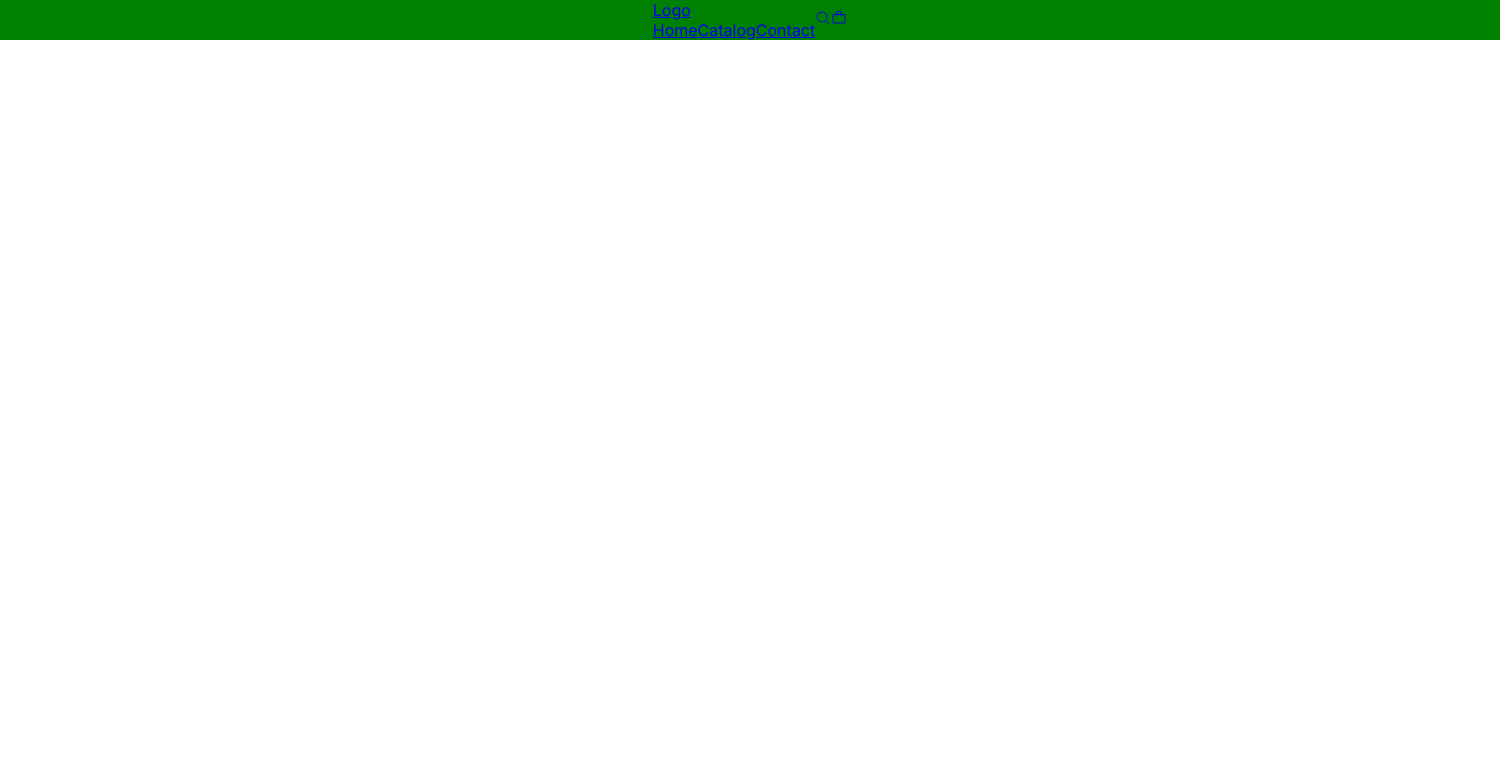
Repository: David-Waite/ecommercefrontendTemplate
Page: /
The author's editor kept a copy of each file at every save. The page is drawn from the files as they stood at one save, then again after the next save.
The browser window is 1280 px wide. The page is 1500 px wide, so the pictures cover 1500 px, including what lies to the right of the window. The pictures show the whole page.
The project was rebuilt for these pictures with package versions that can differ from the ones it lists, and the page was loaded fresh each time. The framework's server and built-in components were replaced by stand-ins that run in the browser. Also part of the build but not shown: next.config.js.

Above is the page before, as saved 2023-08-24 17:16:26.

After the next save:
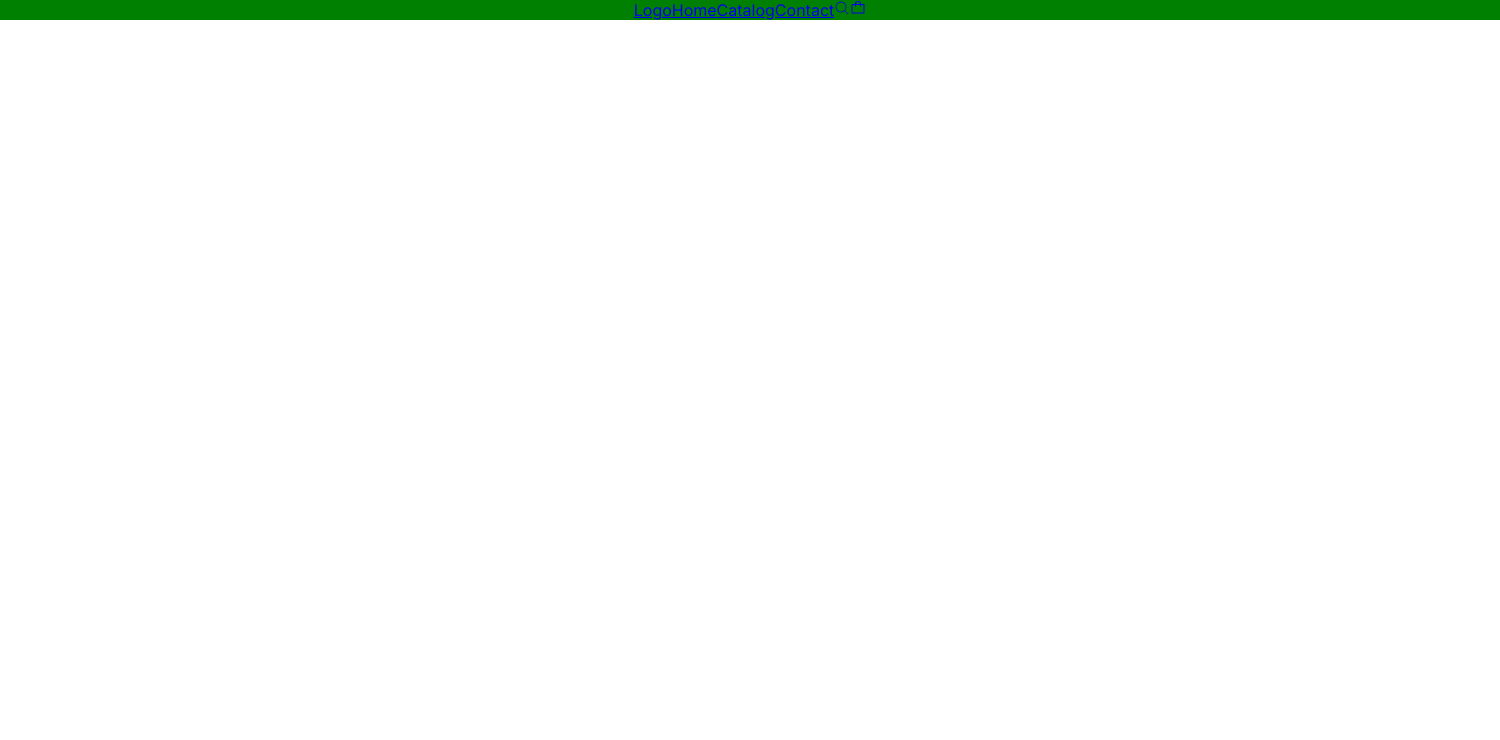
Saved 5 s later.
--- a/app/Components/Nav/Nav.module.css
+++ b/app/Components/Nav/Nav.module.css
@@ -7,6 +7,6 @@
   width: var(--max-width);
 }
 
-.nav div div {
+.nav div {
   display: flex;
 }
